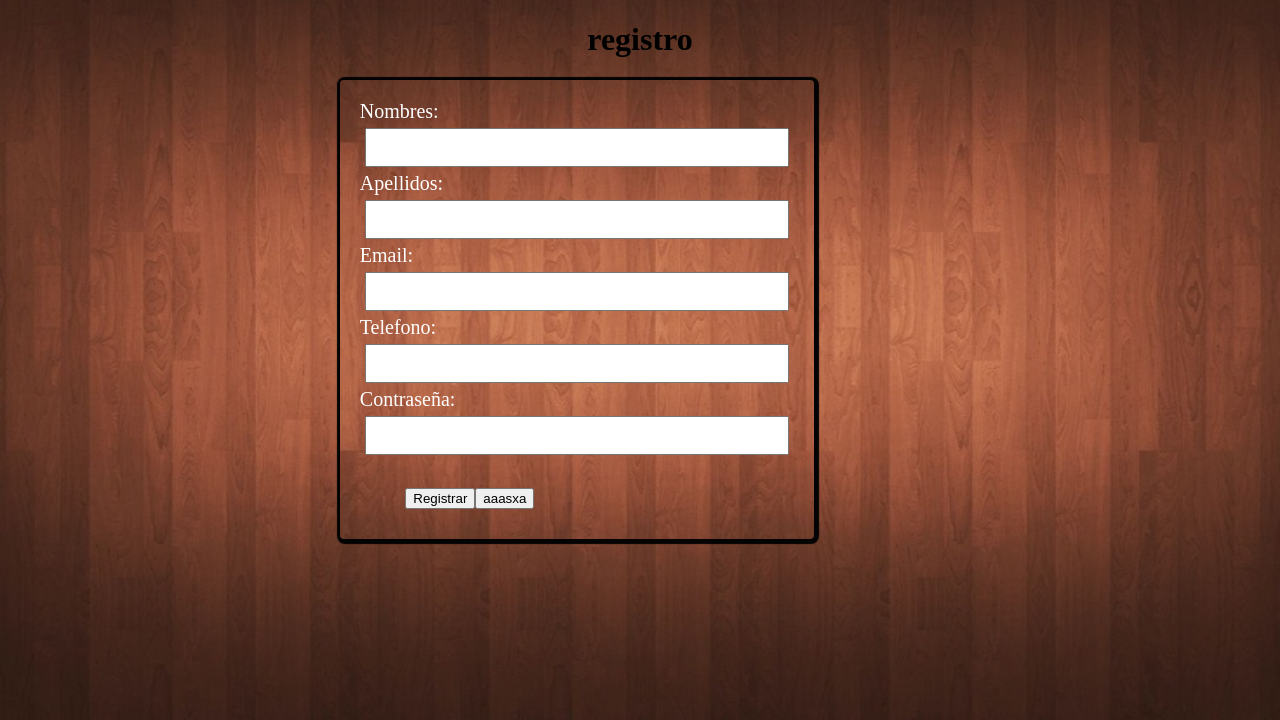
Repository: ye909/aplicacion_restaurante
Page: public/templeis/registro.html
These files come from the project's save history. The page is drawn as it stood at one moment and after the next save; the edit follows.
The browser window is 1280 px wide. The pictures show the whole page.

Above is the page before, as saved 2024-11-12 21:45:46.

### public/templeis/registro.html
<!DOCTYPE html>
<html lang="en">
<head>
    <meta charset="UTF-8">
    <meta name="viewport" content="width=device-width, initial-scale=1.0">
    <link rel="stylesheet" href="../css/registro.css">
    <title>Document</title>
</head>
<body>
    <h1>registro</h1>
    <div class="container_registro">
        <form action="" method="post">
            <label for="nombres">Nombres:</label><br>
            <input type="text" id="nombres" name="nombres" required>
            <br>
            <label for="apellidos">Apellidos:</label><br>
            <input type="text" id="apellidos" name="apellidos" required>
            <br>
            <label for="email">Email:</label><br>
            <input type="email" id="email" name="email" >
            <br>
            <label for="number">Telefono:</label><br>
            <input type="number" id="telefono" name="telefono" >
            <br>
            <label for="password">Contraseña:</label><br>
            <input type="password" id="password" name="password">
            <br><br>
            <div class="container_btn">
                <button>Registrar</button>
                <button>aaasxa</button>
            </div>
        </form>
    </div>
</body>
</html>

### public/css/registro.css

body{

    background-image: url(../imagen/fondo_card.jpg);
    background-attachment: fixed;
    background-size:cover;
    background-repeat:no-repeat;
    background-size: 100% 100%;
}
h1{
    text-align: center;
}
.container_registro{
    width: 90%;
    display: flex;
    justify-content: center;
    align-items:center;
}
form{

    padding: 20px;

  box-shadow: rgb(3, 3, 4) 1px 1px 1px 4px   ;
 border-radius: 4px;
}
label{
    color:white;
    font-size: 20px;
}
.container_btn{
    display: flex;
    justify-content: center;
    align-items: center;
    padding: 10px;
    width: 200px;
}
input{
    padding: 10px;
    width: 400px;
    margin: 5px;
}
/*
label{
    font-size: 20px;

}

:is(button){
    padding: 6px;
    width: 160px;
    margin: 10px;
}
.checkbox{
    display: flex;
} */

After the next save:
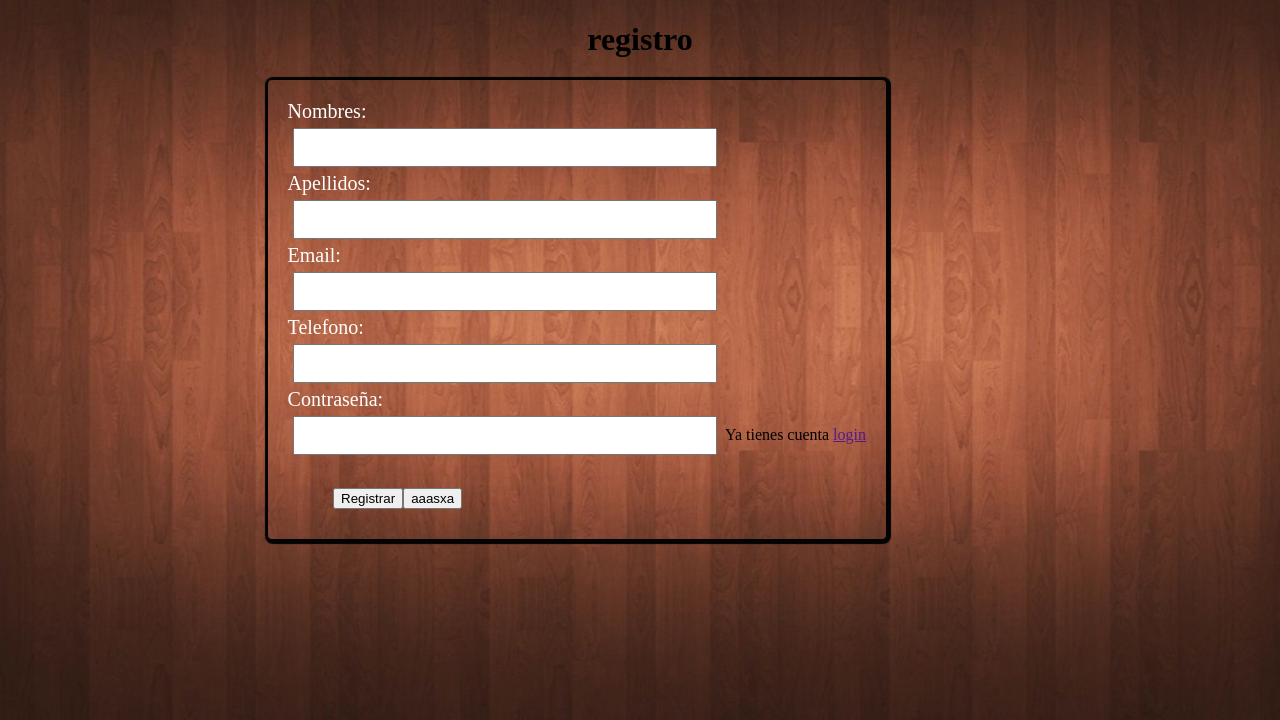
Saved 72 s later.
--- a/public/templeis/registro.html
+++ b/public/templeis/registro.html
@@ -24,6 +24,7 @@
             <br>
             <label for="password">Contraseña:</label><br>
             <input type="password" id="password" name="password">
+            Ya tienes cuenta <a href="">login</a>
             <br><br>
             <div class="container_btn">
                 <button>Registrar</button>
